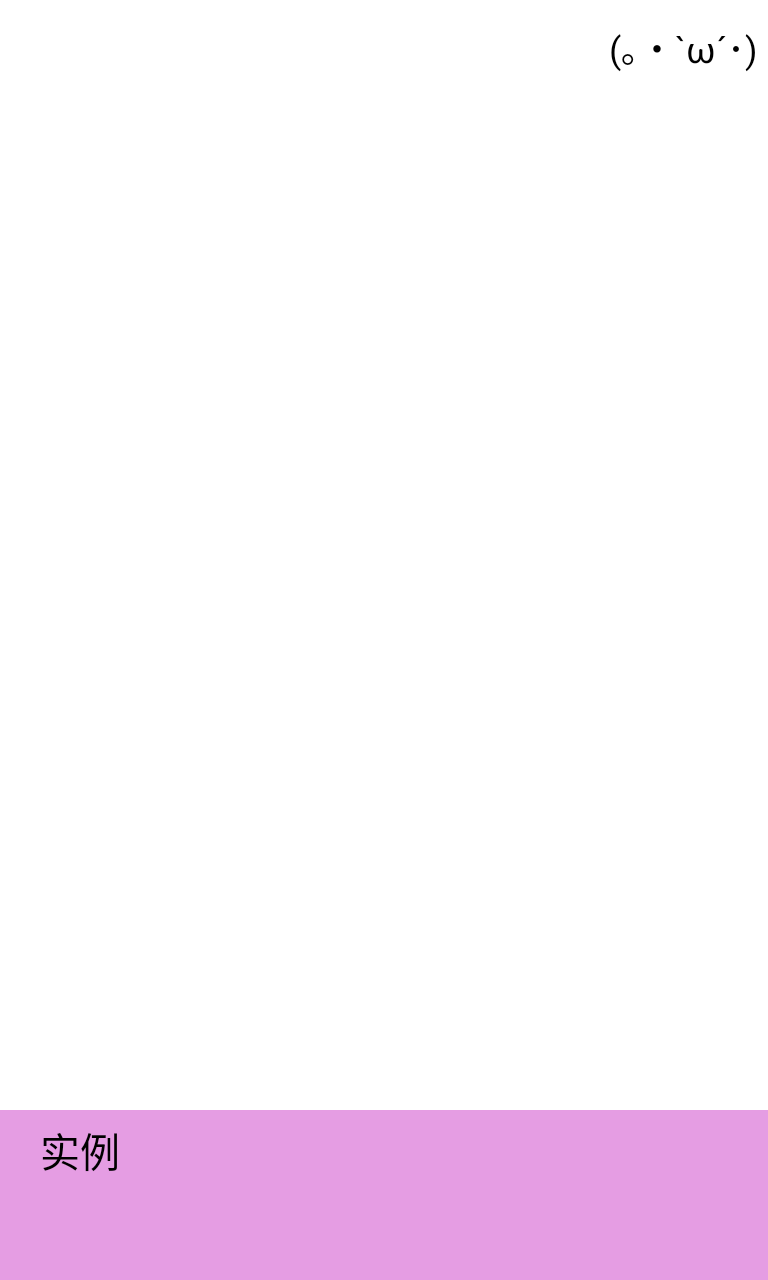
Repository: GuardLDW/HERO
Layout: GuardLDW/res/layout/game.xml
An editor plug-in stored every save of this project. The layout is shown before and after the next save, followed by the edit.
It is drawn on a 768 x 1280 px phone screen (xhdpi) without system bars, with theme AppTheme; the app's code is not run.

Above is the layout before, as saved 2016-10-04 05:49:34.

After the next save:
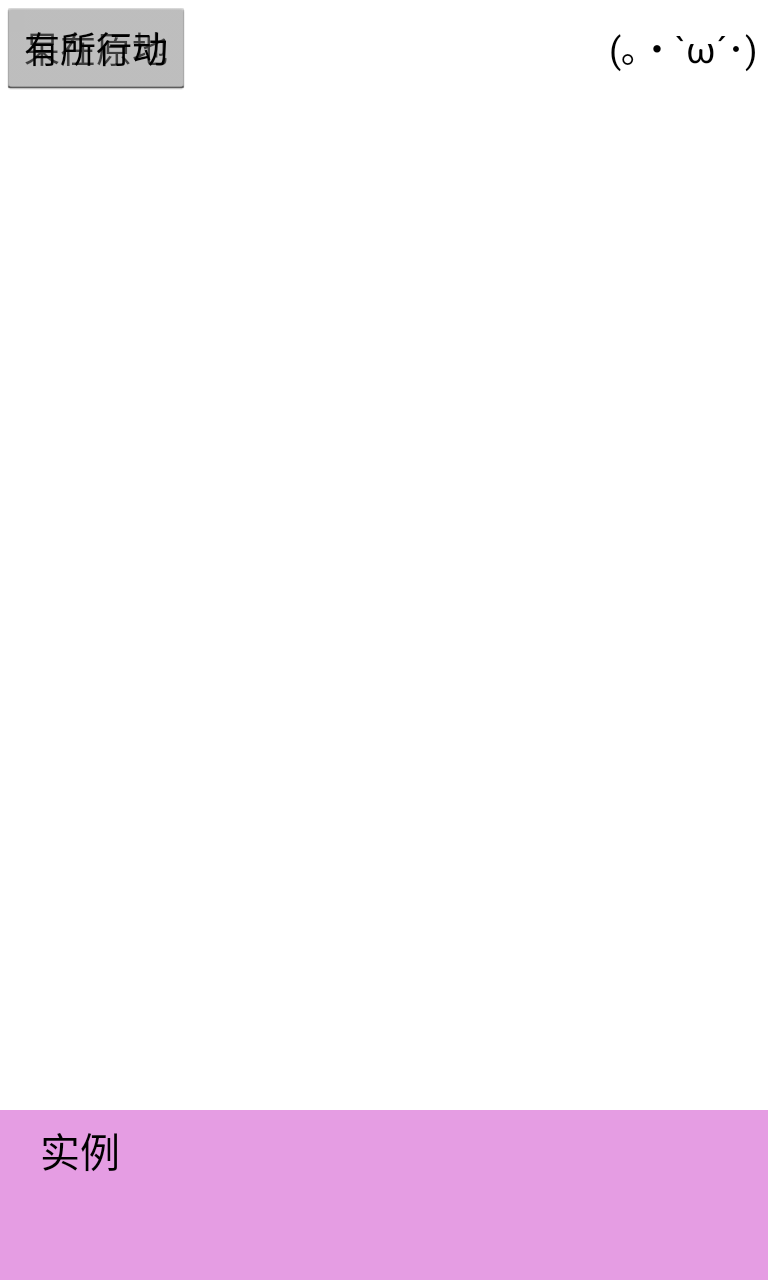
Saved 4 h 1 min later.
--- a/GuardLDW/res/layout/game.xml
+++ b/GuardLDW/res/layout/game.xml
@@ -76,6 +76,23 @@
         android:visibility="gone"
         android:text="快进到选项" />
 
+    <Button
+        android:id = "@+id/button_choice1"
+        android:layout_width="wrap_content"
+        android:layout_height="wrap_content"
+        android:text = "呆在原地">
+
+    </Button>
+
+    <Button
+        android:id = "@+id/button_choice2"
+        android:layout_width="wrap_content"
+        android:layout_height="wrap_content"
+        android:text = "有所行动">
+
+    </Button>
+
+
 
 
 </RelativeLayout>
